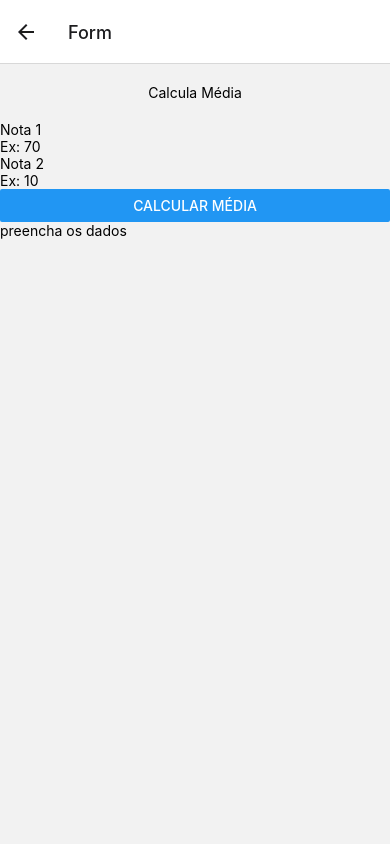
Repository: DS151-UFPR-2023/DS151_Israel-De-Quadros_EX4
Screen: /Form
The author's editor kept a copy of each file at every save. The screen is drawn from the files as they stood at one save, then again after the next save.
The app was drawn by React Native's web renderer in a window 390 px wide. The project was rebuilt for these pictures with package versions that can differ from the ones it lists, and the page was loaded fresh each time. Also part of the build but not shown: src/components/main/index.js, src/components/novoComponente/index.js, src/components/counterScreen.js, src/components/ColorList.js.

Above is the screen before, as saved 2023-09-08 18:25:51.

### App.js
import { StatusBar } from 'expo-status-bar';
import { StyleSheet, Text, View } from 'react-native';
import Title from './src/components/title';
import Main from './src/components/main';
import Home2 from './src/components/novoComponente';
import { NavigationContainer } from '@react-navigation/native';
import { createStackNavigator } from '@react-navigation/stack';
import HomeScreen from './src/HomeScreen';
import CounterScreen from './src/components/counterScreen';
import Form from './src/components/form';
import ColorList from './src/components/ColorList';

const Stack = createStackNavigator();

export default function App() {
  return (
    <NavigationContainer>
      <Stack.Navigator>
        <Stack.Screen name="Home" component={HomeScreen} />
        <Stack.Screen name="Home2" component={Home2} />
        <Stack.Screen name="CounterScreen" component={CounterScreen} />
        <Stack.Screen name="Form" component={Form} />
        <Stack.Screen name="ColorList" component={ColorList} />
      </Stack.Navigator>
    </NavigationContainer>
  );
}

const styles = StyleSheet.create({
  container: {
    flex: 1,
    backgroundColor: '#999',
    alignItems: 'center',
    justifyContent: 'center',
  },
});

### src/components/title/index.js
import React from "react"
import { View, Text } from "react-native"
import styles from "../style";

export default function Title() {
    return (
        <View style={styles.boxTitle}>
            <Text style={styles.boxTitle}>Calcula Média</Text>
        </View>
    );
}

### src/HomeScreen.js
import React from "react";
import { View, Text, StyleSheet, Button } from 'react-native';

function HomeScreen({ navigation }) {
    return (
        <View style={style.mainView}>
            <Text>Home Screen</Text>
            <Button title="Ir para Galeria!"
                onPress={() => navigation.navigate('Home2')}
            />
            <Button title="Ir para Counter!"
                onPress={() => navigation.navigate('CounterScreen')}
            />
            <Button title="Ir para Form!"
                onPress={() => navigation.navigate('Form')}
            />
            <Button title="Ir para ColorList!"
                onPress={() => navigation.navigate('ColorList')}
            />
        </View>
    )
}

export default HomeScreen;

const style = StyleSheet.create({
    mainView: {
        flex: 1,
        alignItems: 'center',
        justifyContent: 'center'
    }
})

### src/components/form/index.js
import { View, Text, TextInput, Button } from "react-native";
import React, { useState } from "react";
import ResultMedia from "../result";
import Title from "../title";

export default function Form() {

    const [media1, setmedia1] = useState(null)
    const [media2, setmedia2] = useState(null)
    const [messagemedia, setMessagemedia] = useState("preencha os dados")
    const [media, setmedia] = useState(null)
    const [textButton, setTextButton] = useState("Calcular")

    function validationmedia() {
        if (media2 != null && media1 != null) {
            mediaCalculator()
            setMessagemedia("seu media eh igual: " +  media + "\nTem que clicar duas vezes\npra atualizar a mensagem hehe")
            setTextButton("Calcular Novamente")
            return
        }
        setmedia(null)
        setTextButton("Calcular")
        setMessagemedia("preencha os dados")
    }

    function mediaCalculator() {
        setMessagemedia("seu media eh igual: " + media)
        return setmedia(((parseFloat(media1) + parseFloat(media2))/2))
    }


    return (
        //conteudo do formulario
        <View>
            <Title/>
            <View>
                <Text>Nota 1</Text>
                <TextInput onChangeText={setmedia1} value={media1} placeholder="Ex: 70" keyboardType="numeric"></TextInput>
                <Text>Nota 2</Text>
                <TextInput onChangeText={setmedia2} value={media2}  placeholder="Ex: 10" keyboardType="numeric"></TextInput>
                <Button onPress={() => validationmedia()} title="Calcular Média" />
                <ResultMedia messageResultmedia={messagemedia} resultmedia={media}></ResultMedia>
            </View>
        </View>
    );
}

### src/components/style.js
import { StyleSheet } from "react-native";

const styles = StyleSheet.create({
    boxTitle: {
        alignItems:"center",
        justifyContent:"center",
        padding:10,
    },
    textTitle: {
        color: "FF0043",
        fontSize:24,
        fontWeight:"bold",
    }

});

export default styles;

### src/components/result/index.js
import { View, Text} from "react-native";
import React, { useState } from "react";

export default function ResultMedia(props) {
    return (
        <View>
            <Text>{props.resultmedia}</Text>
            <Text>{props.messageResultmedia}</Text>
        </View>
    );
}

After the next save:
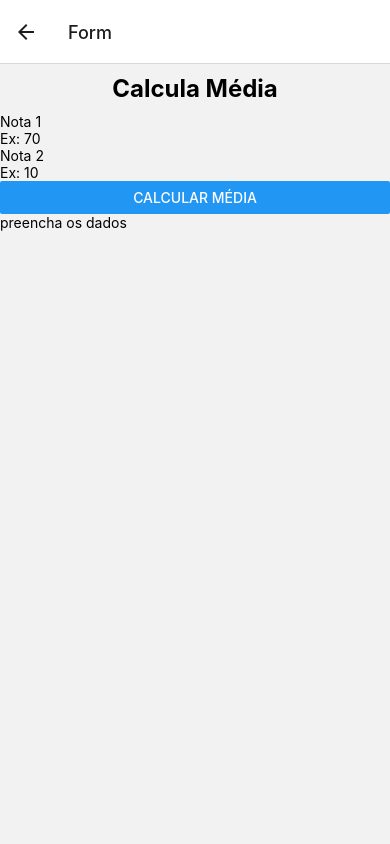
Saved 10 s later.
--- a/src/components/title/index.js
+++ b/src/components/title/index.js
@@ -5,7 +5,7 @@ import styles from "../style";
 export default function Title() {
     return (
         <View style={styles.boxTitle}>
-            <Text style={styles.boxTitle}>Calcula Média</Text>
+            <Text style={styles.textTitle}>Calcula Média</Text>
         </View>
     );
 }
